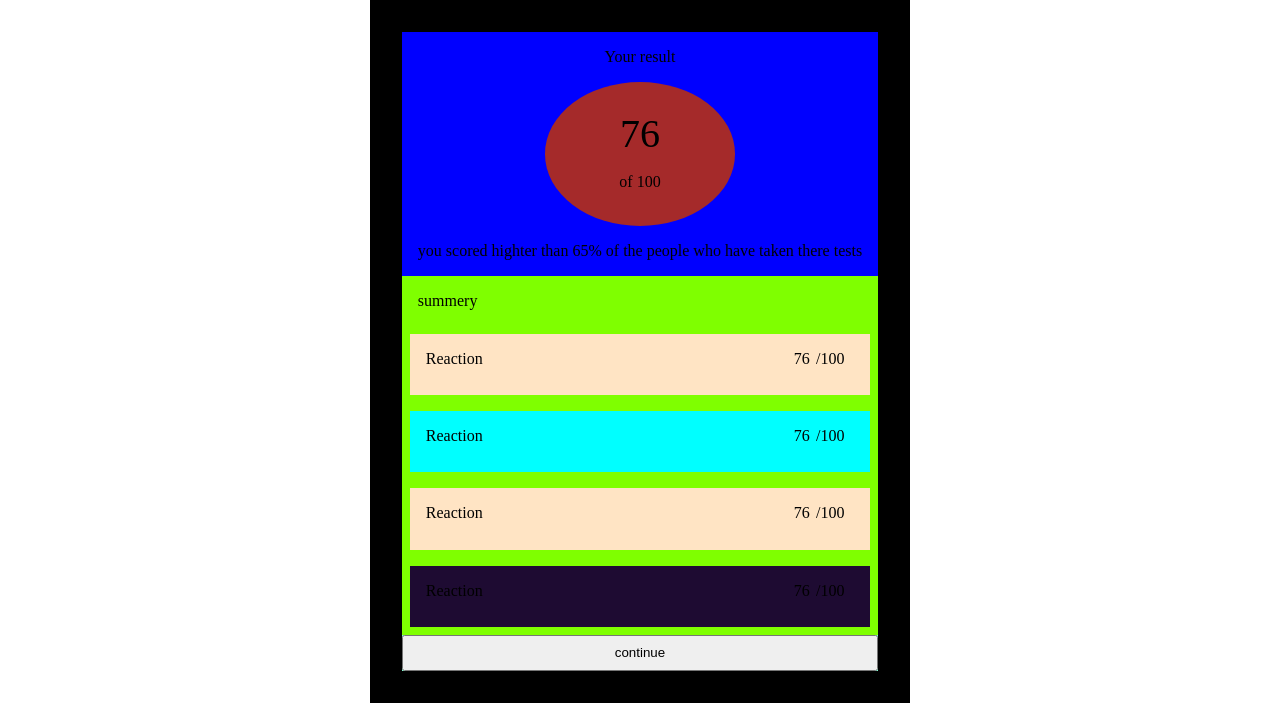
Repository: rahanwz/Card2-raha
Page: card2.html
These files come from the project's save history. The page is drawn as it stood at one moment and after the next save; the edit follows.
The browser window is 1280 px wide. The pictures show the whole page.

Above is the page before, as saved 2024-02-20 16:45:33.

After the next save:
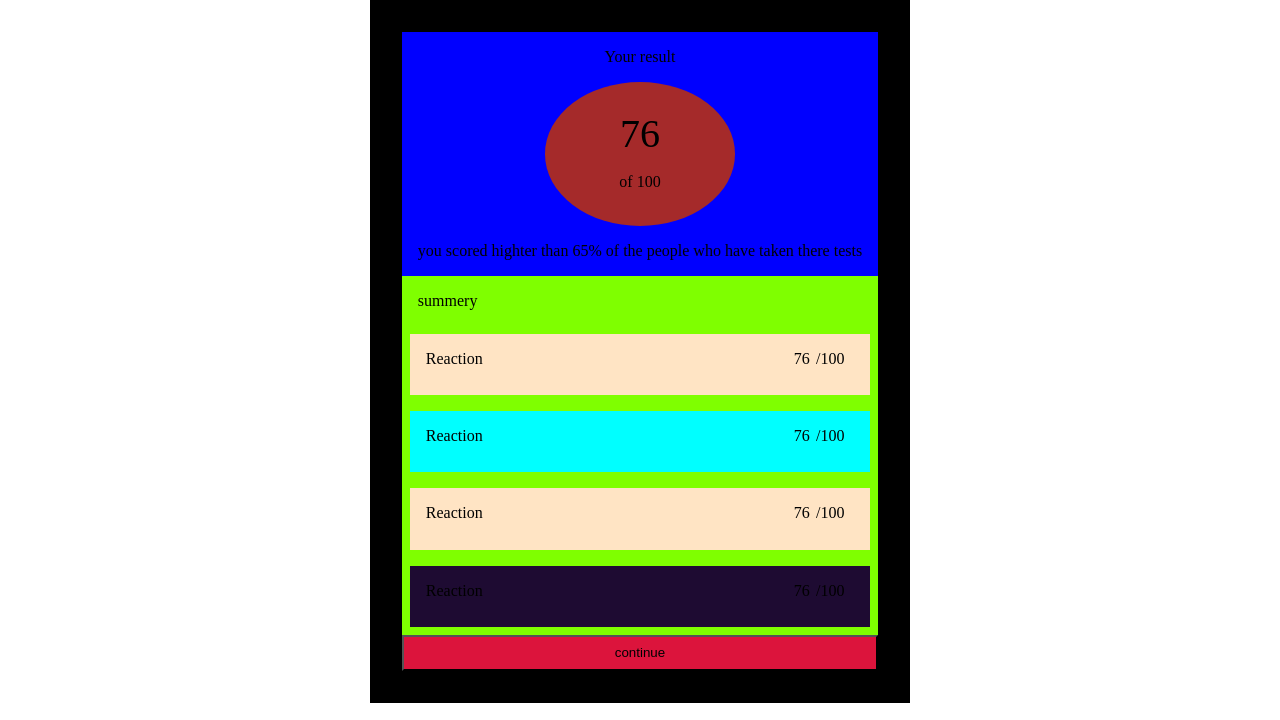
Saved 6 s later.
--- a/card2.css
+++ b/card2.css
@@ -87,7 +87,7 @@ body {
 button{
   width: 100%;
 height:5vh;
-background-color: ;
+background-color: crimson;
 }
 
 .box{
